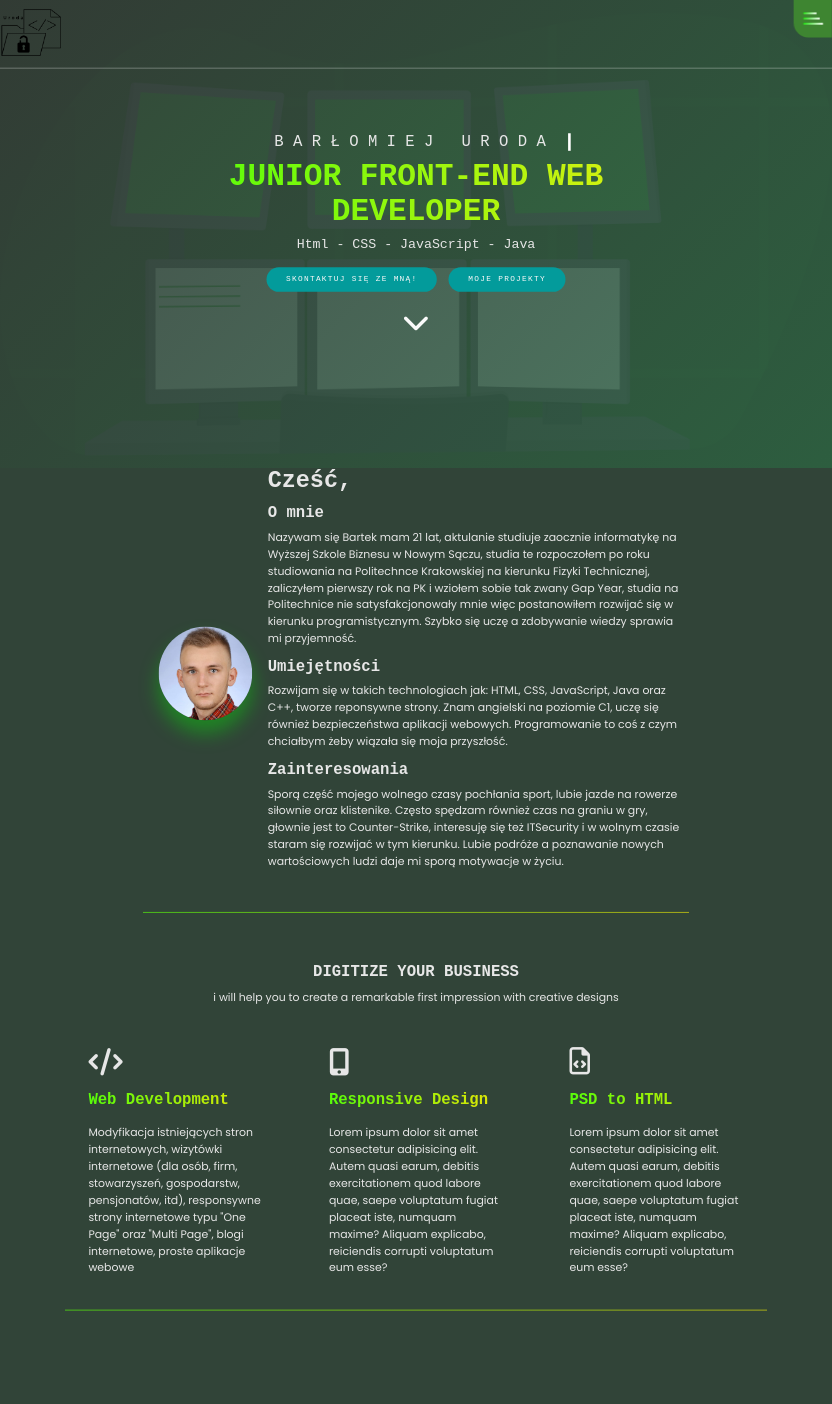
Repository: BartekUroda/portfolio
Page: index.html
The author's editor kept a copy of each file at every save. The page is drawn from the files as they stood at one save, then again after the next save.
The browser window is 1280 px wide. The pictures show the whole page, at 65% of full size.
Some web fonts or font styles are not loaded; a fallback is used. Some web libraries are served in a nearby version.

Above is the page before, as saved 2020-10-27 21:18:29.

### index.html
<!DOCTYPE html>
<html lang="en">
<head>
    <meta charset="UTF-8">
    <meta name="viewport" content="width=device-width, initial-scale=1.0">
    <title>Portfolio | Bartek Uroda</title>
    <link rel="stylesheet" type="text/css" href="css/style.css">
    <link href="https://fonts.googleapis.com/css2?family=Poppins&sfamily=Share+Tech+Mono&display=swap" rel="stylesheet">
    <script src="https://kit.fontawesome.com/056e5c10dc.js" crossorigin="anonymous"></script>
    <link rel="shortcut icon" type="image/x-icon" href="images/favicon.ico" />
</head>
<body>
    <header>
        <div class="container">
            <nav>
                <div class="nav-brand">
                    <a href="index.html">
                        <img src="images/logo.png" alt="Uroda">
                    </a>
                </div>
                <div class="burger-menu-icon">
                    <div class="line1"></div>
                    <div class="line2"></div>
                    <div class="line3"></div>
                </div>
                <ul class="nav-list">
                    <li class="nav-item">
                      <a href="#landing-page">
                        <img
                          src="images/profile.jpeg"
                          alt="Bartek Uroda"
                          class="profile-pic nav-link"
                        >
                        <span class="caption nav-link">Bartek Uroda</span>
                      </a>
                    </li>
                    <li class="nav-item">
                      <a href="#about" class="nav-link">O mnie</a>
                    </li>
                    <li class="nav-item">
                      <a href="#services" class="nav-link">Usługi</a>
                    </li>
                    <li class="nav-item">
                      <a href="#projects" class="nav-link">Projekty</a>
                    </li>
                    <li class="nav-item">
                      <a href="#contact" class="nav-link">Kontakt</a>
                    </li>
                    <li class="nav-item">
                      <a href="https://www.facebook.com/bartlomiej.uroda.3" target="_blank" class="nav-link">
                        <i class="fab fa-facebook"></i>
                      </a>
                      <a href="https://github.com/Urodii" target="_blank" class="nav-link">
                        <i class="fab fa-github"></i>
                      </a>
                      <a href="https://www.youtube.com/channel/UCzT1h5RNvmbtrmKT5hPjyAg?view_as=subscriber" target="_blank" class="nav-link">
                        <i class="fab fa-youtube"></i>
                      </a>
                    </li>
                  </ul>
            </nav>
        </div>
    </header>
    <main>
      <section id="landing-page" class="landing-page">
        <div class="container">
          <div class="main-message">
            <h2>Barłomiej Uroda</h2>
            <h3>Junior Front-End Web Developer</h3>
            <p>Html - CSS - JavaScript - Java</p>
            <div class="intro-btn">
              <div class="cta">
                <a href="#contact" class="btn">Skontaktuj się ze mną!</a>
              </div>
              <div class="cta">
                <a href="#projects" class="btn">Moje Projekty</a>
              </div>
            </div>
            <div>
              <a href="#about" class="scroll-down">
                <i class="fa fa-chevron-down" aria-hidden="true"></i>
              </a>
            </div>
          </div>
        </div>
      </section>
      <section id="about" class="about">
        <div class="container">
          <div class="about-img">
            <img
              src="images/profile.jpeg"
              alt="Bartek Uroda"
              class="about-pic"
            />
          </div>
          <div class="about-text-box">
            <h2>Cześć,</h2>
            <h3>O mnie</h3>
            <p>
              Nazywam się Bartek mam 21 lat, aktulanie studiuje zaocznie informatykę
              na Wyższej Szkole Biznesu w Nowym Sączu, studia te rozpoczołem po roku studiowania
              na Politechnce Krakowskiej na kierunku Fizyki Technicznej, zaliczyłem pierwszy rok na PK
              i wziołem sobie tak zwany Gap Year, studia na Politechnice nie satysfakcjonowały
              mnie więc postanowiłem rozwijać się w kierunku programistycznym. Szybko się uczę a zdobywanie wiedzy sprawia mi przyjemność.
            </p>
            <h3>Umiejętności</h3>
            <p>
              Rozwijam się w takich technologiach jak: HTML, CSS, JavaScript, Java oraz C++,
              tworze reponsywne strony. Znam angielski na
              poziomie C1, uczę się również bezpieczeństwa aplikacji webowych.
              Programowanie to coś z czym chciałbym żeby wiązała się moja przyszłość.
            </p>
            <h3>Zainteresowania</h3>
            <p>
              Sporą część mojego wolnego czasy pochłania sport, lubie jazde na rowerze siłownie oraz klistenike.
              Często spędzam również czas na graniu w gry, głownie jest to Counter-Strike, interesuję się też ITSecurity
              i w wolnym czasie staram się rozwijać w tym kierunku. Lubie podróże a poznawanie nowych
              wartościowych ludzi daje mi sporą motywacje w życiu.
            </p>
          </div>
        </div>
        <hr/>
      </section>
      <section id="services" class="services">
        <div class="container">
          <div class="title-heading">
            <h2>DIGITIZE YOUR BUSINESS</h2>
            <p>
              i will help you to create a remarkable first impression with
              creative designs
            </p>
          </div>
          <div class="service-tiers">
            <div class="tier-item">
              <i class="fa fa-code" aria-hidden="true"></i>
              <h2>Web Development</h2>
              <p>
                Modyfikacja istniejących stron internetowych,
                wizytówki internetowe (dla osób, firm, stowarzyszeń, gospodarstw, pensjonatów, itd),
                responsywne strony internetowe typu "One Page" oraz "Multi Page",
                blogi internetowe, proste aplikacje webowe
              </p>
            </div>
            <div class="tier-item">
              <i class="fa fa-mobile" aria-hidden="true"></i>
              <h2>Responsive Design</h2>
              <p>
                Lorem ipsum dolor sit amet consectetur adipisicing elit. Autem
                quasi earum, debitis exercitationem quod labore quae, saepe
                voluptatum fugiat placeat iste, numquam maxime? Aliquam
                explicabo, reiciendis corrupti voluptatum eum esse?
              </p>
            </div>
            <div class="tier-item">
              <i class="fa fa-file-code-o" aria-hidden="true"></i>
              <h2>PSD to HTML</h2>
              <p>
                Lorem ipsum dolor sit amet consectetur adipisicing elit. Autem
                quasi earum, debitis exercitationem quod labore quae, saepe
                voluptatum fugiat placeat iste, numquam maxime? Aliquam
                explicabo, reiciendis corrupti voluptatum eum esse?
              </p>
            </div>
          </div>
        </div>
        <hr />
      </section>
    </main>
 <script type="text/javascript" src="js/main.js"></script>
</body>
</html>

### css/style.css
/* ----------GLOBAL STYLES---------- */
*,
*::before,
*::after {
  margin: 0;
  padding: 0;
  box-sizing: inherit;
}
html {
    font-family: "Share Tech Mono", monospace;
    font-size: 12px;
    box-sizing: border-box;
    scroll-behavior: smooth;
    color: #e7e7e7;
    background: rgb(49, 68, 56);
}

a {
    text-decoration: none;
    color: rgb(3, 155, 23);
}

a:hover {
    color: rgba(249, 105, 14, 1);
}

ul {
    list-style: none;
}

p {
    font-size: 1.4rem;
}

img {
    width: 100%;
    max-width: 100%;
    height: auto;
}
/* ----------HEADER---------- */
header {
    width: 100%;
    height: 5rem;
    position: absolute;
    top: 0;
    left: 0;
    z-index: 1;
}
.contenier {
    width: 100%;
    max-width: 90rem;
    margin: 0 auto;
    padding: 0 1.5rem;
}
.nav-brand {
    width: 8rem;
}
nav {
    width: 100%;
    display: flex;
    align-items: center;
    justify-content: space-between;
    padding: 1rem 0;
    border-bottom: 2px solid rgba(255, 255, 255, .2);
}
.line1 {
    width: 20px;
    height: 3px;
    margin: 5px 0;
    background: linear-gradient(
      135deg,
      rgb(27, 218, 10) 0%,
      rgb(255, 255, 255) 100%
    );
}
.line2 {
    width: 25px;
    height: 3px;
    background: linear-gradient(
      135deg,
      rgb(27, 218, 10) 0%,
      rgb(255, 255, 255) 100%
    );
}
.line3 {
    width: 30px;
    height: 3px;
    margin: 5px 0;
    background: linear-gradient(
      135deg,
      rgb(27, 218, 10) 0%,
      rgb(255, 255, 255) 100%
    );
}
.burger-menu-icon {
    cursor: pointer;
    z-index: 999;
    position: fixed;
    right: 0;
    top: 0;
    background-color: rgba(67, 145, 47, 0.815);
    padding: 1.2rem;
    border-radius: 0% 0% 0% 40%;
}
.profile-pic {
    height: 9rem;
    width: auto;
    border-radius: 50%;
    display: block;
    margin: 1.5rem 0;
}
.caption {
    display: block;
}
.nav-list {
    width: 24rem;
    height: 100vh;
    background-color:  rgb(69, 85, 75);
    position: fixed;
    top: 0;
    right: -26rem;
    display: flex;
    flex-direction: column;
    align-items: center;
    justify-self: start;
    z-index: 998;
    transition: all 650ms ease-in-out;
}
.nav-list.active {
    right: 0;
}
.nav-item {
    margin: 1.2rem 0;
}
.nav-link {
    opacity: 0;
    font-size: 1.3rem;
    text-transform: uppercase;
    color: #cecece;
    letter-spacing: 1.5px;
}
.nav-link:hover {
    color: rgb(62, 248, 15);
}
.toggle {
    background: none;
}
.toggle .line1 {
    transform: rotate(-45deg) translate(-5px, 6px) scalex(2);
}
.toggle .line2 {
    opacity: 0;
}
.toggle .line3 {
    width: 20px;
    transform: rotate(45deg) translate(-5px, -6px) scalex(2);
    margin-left: 0px;
}
@keyframes navLinkAnimate {
    from{
        opacity: 0;
        transform: translate(50px);
    }
    to{
        opacity: 1;
        transform: translate(0px);
    }
}
/* ----------MAIN---------- */
.landing-page{
    width: 100%;
    height: 100vh;
    background: linear-gradient(
        135deg,
        rgba(50, 58, 52, 0.9) 0%,
        rgba(44, 100, 65, 0.8) 100%
    ),
    url('../images/mainpage.png') center no-repeat;
    background-size: contain;
    position: relative;
}
.main-message {
    width: 100%;
    max-width: 58rem;
    text-transform: uppercase;
    position: absolute;
    left: 50%;
    top: 50%;
    transform: translate(-50%, -50%);
    text-align: center;
}
.main-message h2 {
    letter-spacing: 1.2rem;
    font-size: 2rem;
    font-weight: 400;
    overflow: hidden;
    white-space: nowrap;
    animation: typing 5s steps(33), blink 1s ease-in-out 7s infinite;
    width: 33ch;
    margin: auto;
    border-right: 4px solid rgba(255, 255, 255, 1);
}
@keyframes typing {
    75% {
      width: 0ch;
      color: rgb(178, 249, 14);
    }
    100% {
      width: 33ch;
    }
}
@keyframes blink {
    0% {
      border-right: 4px solid rgba(255, 255, 255, 0);
    }
    100% {
      border-right: 4px solid rgb(194, 194, 194);
    }
}
.main-message h3 {
    font-size: 4rem;
    margin: 1rem 0;
    color: rgba(249, 105, 14, 1);
    background: linear-gradient(
      to right,
      rgb(87, 253, 9) 0%,
      rgb(217, 240, 17) 100%
    );
    -webkit-background-clip: text;
    -webkit-text-fill-color: transparent;
}
.main-message p {
    text-transform: none;
    font-size: 1.7rem;
    font-weight: 400;
}
.intro-btn {
    display: flex;
    justify-content: center;
}
.btn {
    margin: 0 9px;
    background: rgba(3, 155, 155);
    border-radius: 2rem;
    color: #fafafa;
    padding: 1rem 2.5rem;
    display: inline-block;
    margin-top: 2rem;
    transition: background-color 650ms;
    font-weight: 500;
    letter-spacing: 2px;
}
.btn:hover {
    color: #fafafa;
    background-color: rgb(176, 189, 0);
}
.scroll-down i {
    color: #fafafa;
    transition: color 650ms;
    margin-top: 2rem;
    font-size: 3.5rem;
}
.scroll-down i:hover {
    color: rgb(176, 189, 0);
}
/* ----------ABOUT--------- */
.about {
    width: 100%;
    min-height: 100vh;
    max-width: 70rem;
    margin: auto;
}
.about .container {
    display: flex;
    align-items: center;
    min-height: 80vh;
  }
.about-img img {
    height: 12rem;
    width: auto;
    border-radius: 50%;
    margin: 2rem;
    box-shadow: 0 20px 30px 0 rgba(4, 236, 4, 0.397);
  }
.about-text-box {
    flex-grow: 1;
    flex-shrink: 1;
    flex-basis: 0;
}
.about-text-box h2 {
    font-size: 3rem;
    margin-bottom: 15px;
}
.about-text-box h3 {
    font-size: 2rem;
    margin-bottom: 10px;
}
.about-text-box p {
    font-family: "Poppins", sans-serif;
    font-size: 1.4rem;
    padding: 0;
    margin-bottom: 1.45rem;
}
hr {
    margin: 4rem 0;
    background: linear-gradient(
      to right,
      rgb(87, 253, 9) 0%,
      rgb(231, 228, 6) 100%
    );
    border: 0;
    height: 1px;
}
/* ----------SERVICE--------- */
.services {
    padding: 3rem 0;
    min-height: 100vh;
    max-width: 90rem;
    margin: auto;
}
.title-heading {
    text-align: center;
    margin-bottom: 5rem;
}
.title-heading h2 {
    font-size: 2rem;
    margin: 0.5rem 0 1rem 0;
}
.title-heading p {
    font-family: "Poppins", sans-serif;
    margin-bottom: 5rem;
}
.service-tiers {
    display: grid;
    grid-template-columns: repeat(auto-fit, minmax(25rem, 1fr));
    gap: 2.5rem;
}
.tier-item {
    height: 30rem;
    padding: 3rem;
    position: relative;
    display: flex;
    flex-direction: column;
    justify-content: center;
    cursor: default;
}
.tier-item i {
    font-size: 3.5rem;
}
.tier-item h2 {
    font-size: 2rem;
    margin: 2rem 0;
    background: linear-gradient(
      to right,
      rgb(87, 253, 9) 0%,
      rgb(231, 228, 6) 100%
    );
    -webkit-background-clip: text;
    -webkit-text-fill-color: transparent;
}
.tier-item p {
    font-family: "Poppins", sans-serif;
    font-size: 1.4rem;
}

### js/main.js
//eselect elements
const selectElement = (s) => document.querySelector(s);
const navLinks = document.querySelectorAll(".nav-link");

selectElement(".burger-menu-icon").addEventListener("click", () => {
    selectElement(".nav-list").classList.toggle("active");
    selectElement(".burger-menu-icon").classList.toggle("toggle")

    navLinks.forEach((link, index) => {
        if (link.style.animation){
            link.style.animation = ""
        }else{
            link.style.animation = `navLinkAnimate 0.5s ease forwards ${ index/7 + 0.5}s`
            console.log(index/7 + 0.5)
        }
    })
});

After the next save:
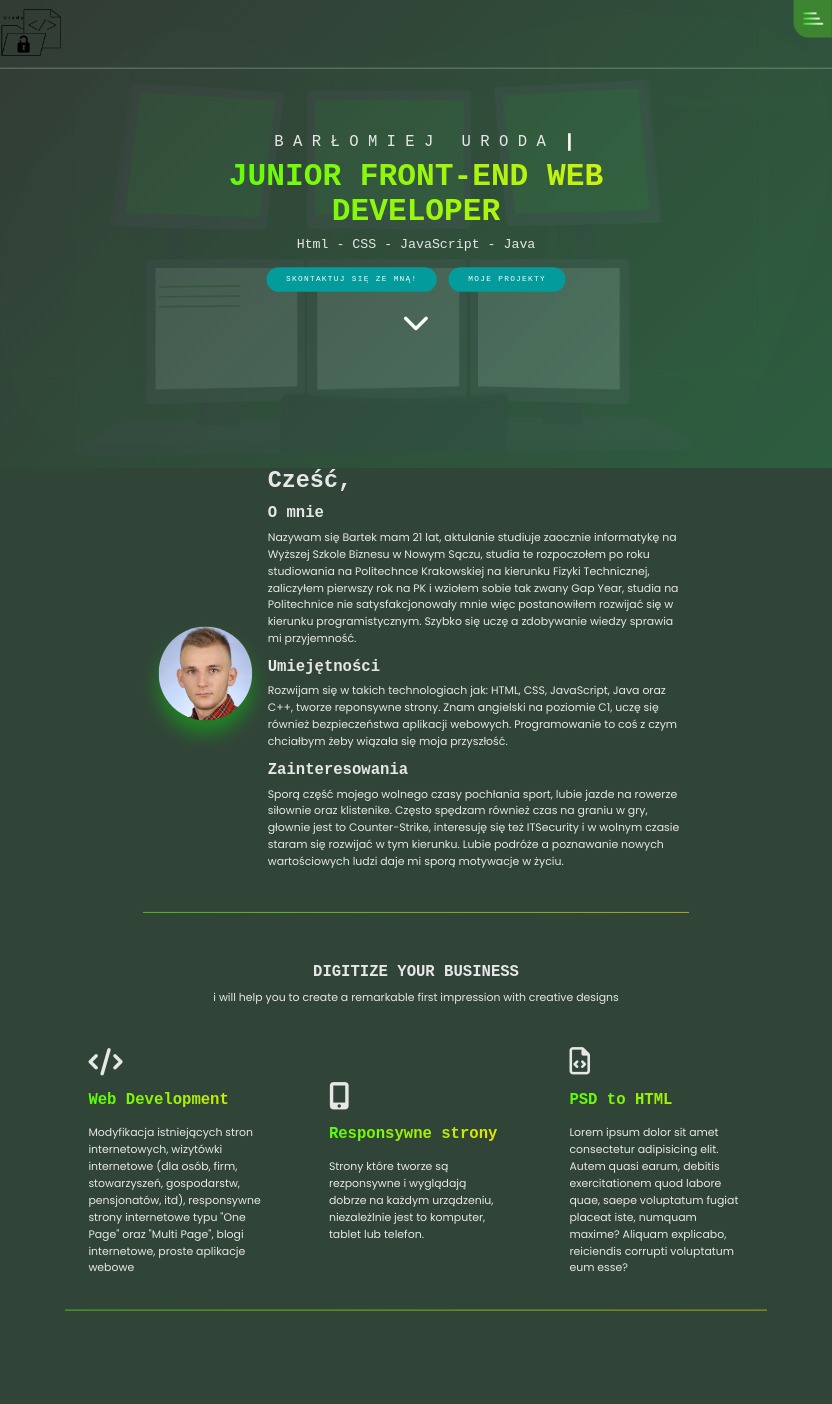
Saved 112 s later.
--- a/index.html
+++ b/index.html
@@ -143,12 +143,10 @@
             </div>
             <div class="tier-item">
               <i class="fa fa-mobile" aria-hidden="true"></i>
-              <h2>Responsive Design</h2>
+              <h2>Responsywne strony</h2>
               <p>
-                Lorem ipsum dolor sit amet consectetur adipisicing elit. Autem
-                quasi earum, debitis exercitationem quod labore quae, saepe
-                voluptatum fugiat placeat iste, numquam maxime? Aliquam
-                explicabo, reiciendis corrupti voluptatum eum esse?
+                Strony które tworze są rezponsywne i wyglądają dobrze na każdym urządzeniu,
+                niezależlnie jest to komputer, tablet lub telefon.
               </p>
             </div>
             <div class="tier-item">
